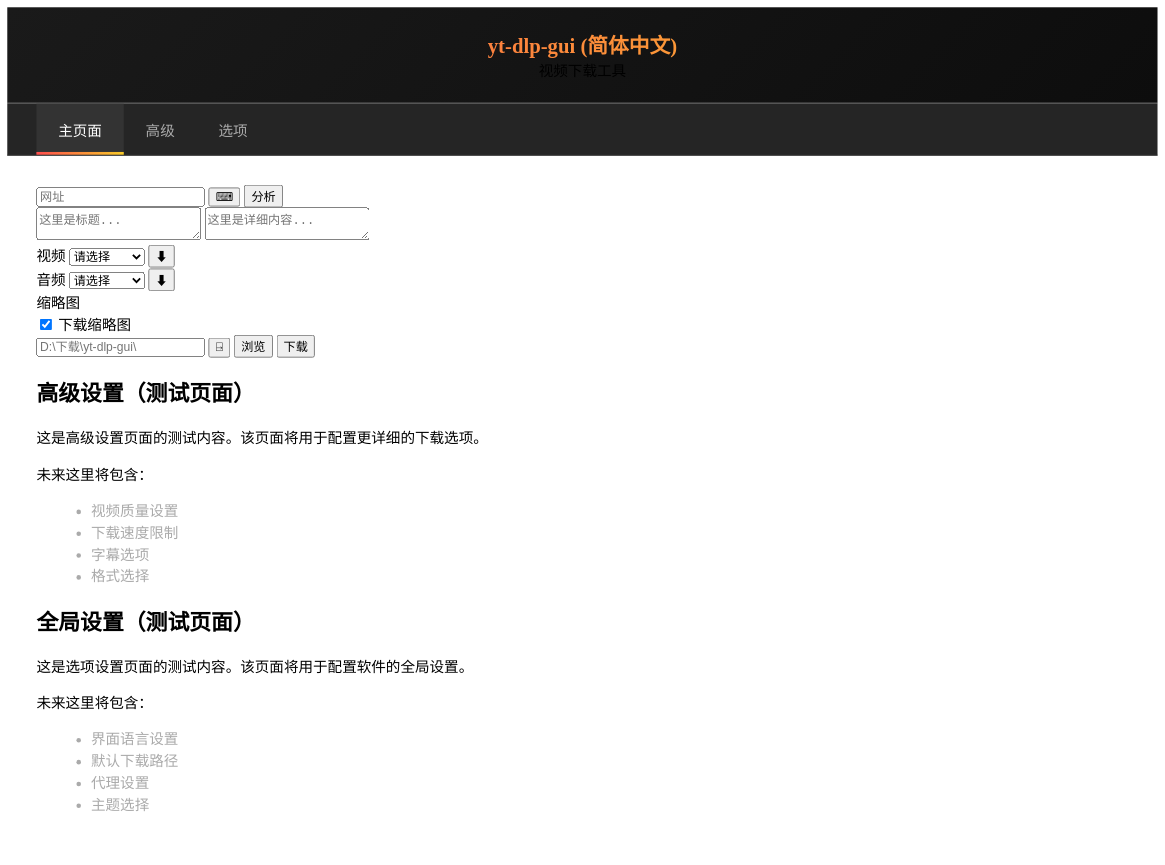
Repository: zArvin6808/yt-TubeSaver
Page: index.html
These files come from the project's save history. The page is drawn as it stood at one moment and after the next save; the edit follows.
The browser window is 1280 px wide. The pictures show the whole page, at 91% of full size.

Above is the page before, as saved 2025-06-07 17:28:48.
Console error: TypeError: Cannot read properties of null (reading 'classList')

After the next save:
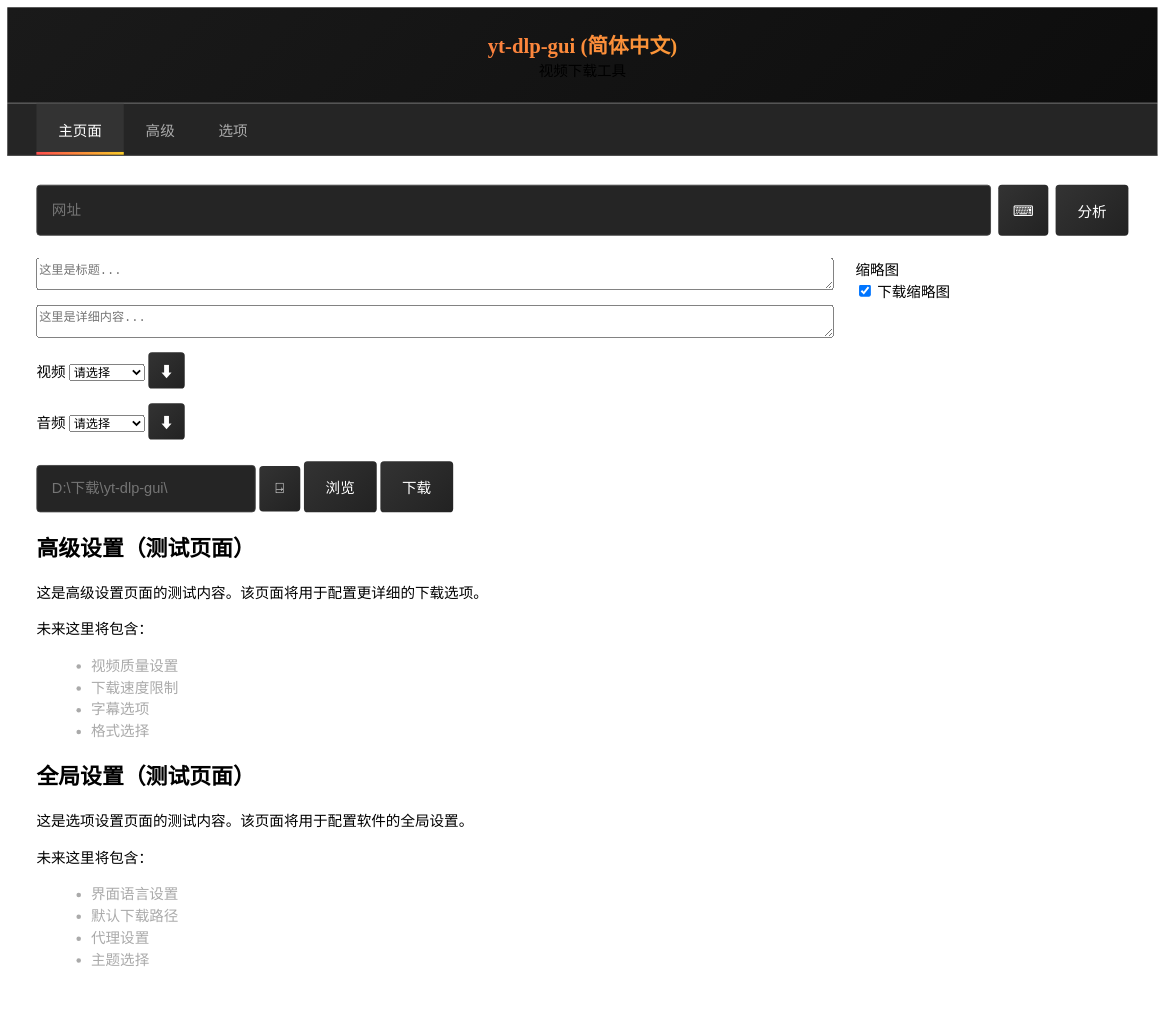
Saved 61 s later.
--- a/index.html
+++ b/index.html
@@ -25,44 +25,44 @@
   <main class="app-main">
     <div id="main" class="app-page app-page--active">
     <!-- 网址与按钮 占据整行 -->
-    <div class="url-analysis-row">
-      <input type="text" id="urlInput" placeholder="网址" />
-      <button class="icon-button" id="pasteButton">⌨</button>
-      <button id="analyzeButton">分析</button>
+    <div class="url-input-group">
+      <input type="text" id="urlInput" class="url-input__field" placeholder="网址" />
+      <button class="app-btn app-btn--icon" id="pasteButton">⌨</button>
+      <button class="app-btn" id="analyzeButton">分析</button>
     </div>
 
     <!-- 主内容 -->
-    <div class="main">
+    <div class="content-area">
       <!-- 左侧面板 -->
-      <div class="left-panel">
-        <textarea class="title-input" id="titleInput" placeholder="这里是标题..." readonly></textarea>
-        <textarea class="content-textarea" id="contentTextarea" placeholder="这里是详细内容..."></textarea>
+      <div class="content-main">
+        <textarea class="text-input" id="titleInput" placeholder="这里是标题..." readonly></textarea>
+        <textarea class="text-input text-input--content" id="contentTextarea" placeholder="这里是详细内容..."></textarea>
 
         <!-- 视频行 -->
-        <div class="select-group">
-          <label for="video-select">视频</label>
-          <select id="video-select">
+        <div class="selector">
+          <label class="selector__label">视频</label>
+          <select id="video-select" class="selector__dropdown">
             <option>请选择</option>
             <option value="video1">视频格式1</option>
             <option value="video2">视频格式2</option>
           </select>
-          <button class="download-button" id="downloadVideoButton">⬇</button>
+          <button class="app-btn app-btn--download" id="downloadVideoButton">⬇</button>
         </div>
 
         <!-- 音频行 -->
-        <div class="select-group">
-          <label for="audio-select">音频</label>
-          <select id="audio-select">
+        <div class="selector">
+          <label class="selector__label">音频</label>
+          <select id="audio-select" class="selector__dropdown">
             <option>请选择</option>
             <option value="audio1">音频格式1</option>
             <option value="audio2">音频格式2</option>
           </select>
-          <button class="download-button" id="downloadAudioButton">⬇</button>
+          <button class="app-btn app-btn--download" id="downloadAudioButton">⬇</button>
         </div>
       </div>
 
       <!-- 右侧面板 -->
-      <div class="right-panel">
+      <div class="content-sidebar">
         <div class="thumbnail" id="thumbnailPreview">缩略图</div>
         <div class="checkbox-group">
           <input type="checkbox" id="download-thumb" checked />
@@ -73,10 +73,10 @@
 
     <!-- 路径栏 -->
     <div class="path-bar">
-      <input type="text" id="pathInput" placeholder="D:\下载\yt-dlp-gui\" />
-      <button class="icon-button" id="refreshPathButton">⍈</button>
-      <button id="selectPathButton">浏览</button>
-      <button id="downloadButton">下载</button>
+      <input type="text" id="pathInput" class="url-input__field" placeholder="D:\下载\yt-dlp-gui\" />
+      <button class="app-btn app-btn--icon" id="refreshPathButton">⍈</button>
+      <button class="app-btn" id="selectPathButton">浏览</button>
+      <button class="app-btn" id="downloadButton">下载</button>
     </div>
   </div>
 
